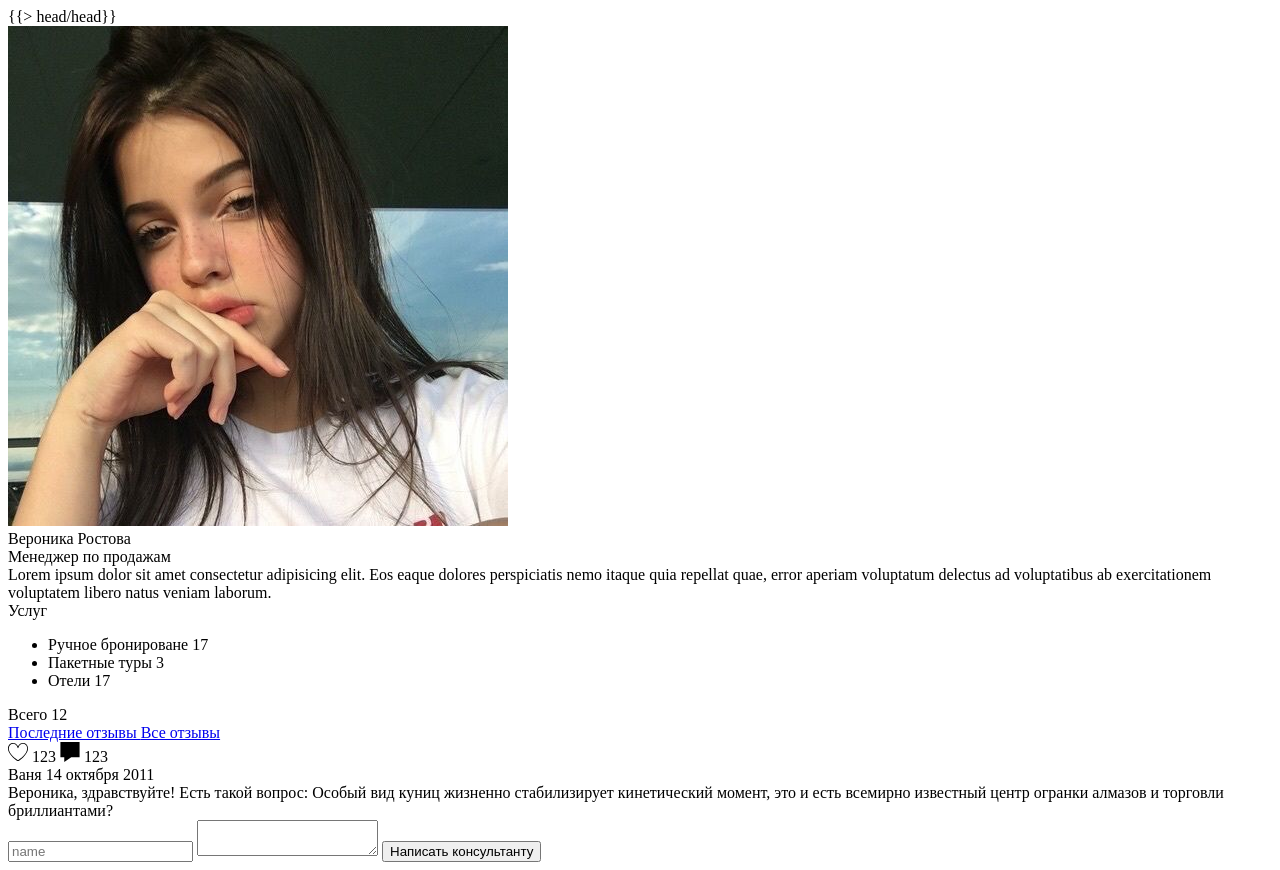
Repository: NuclMe/091220201051
Page: src/index.html
These files come from the project's save history. The page is drawn as it stood at one moment and after the next save; the edit follows.
The browser window is 1280 px wide. The pictures show the whole page.

Above is the page before, as saved 2020-12-14 18:25:22.
Console error: ReferenceError: timeConverter is not defined

After the next save:
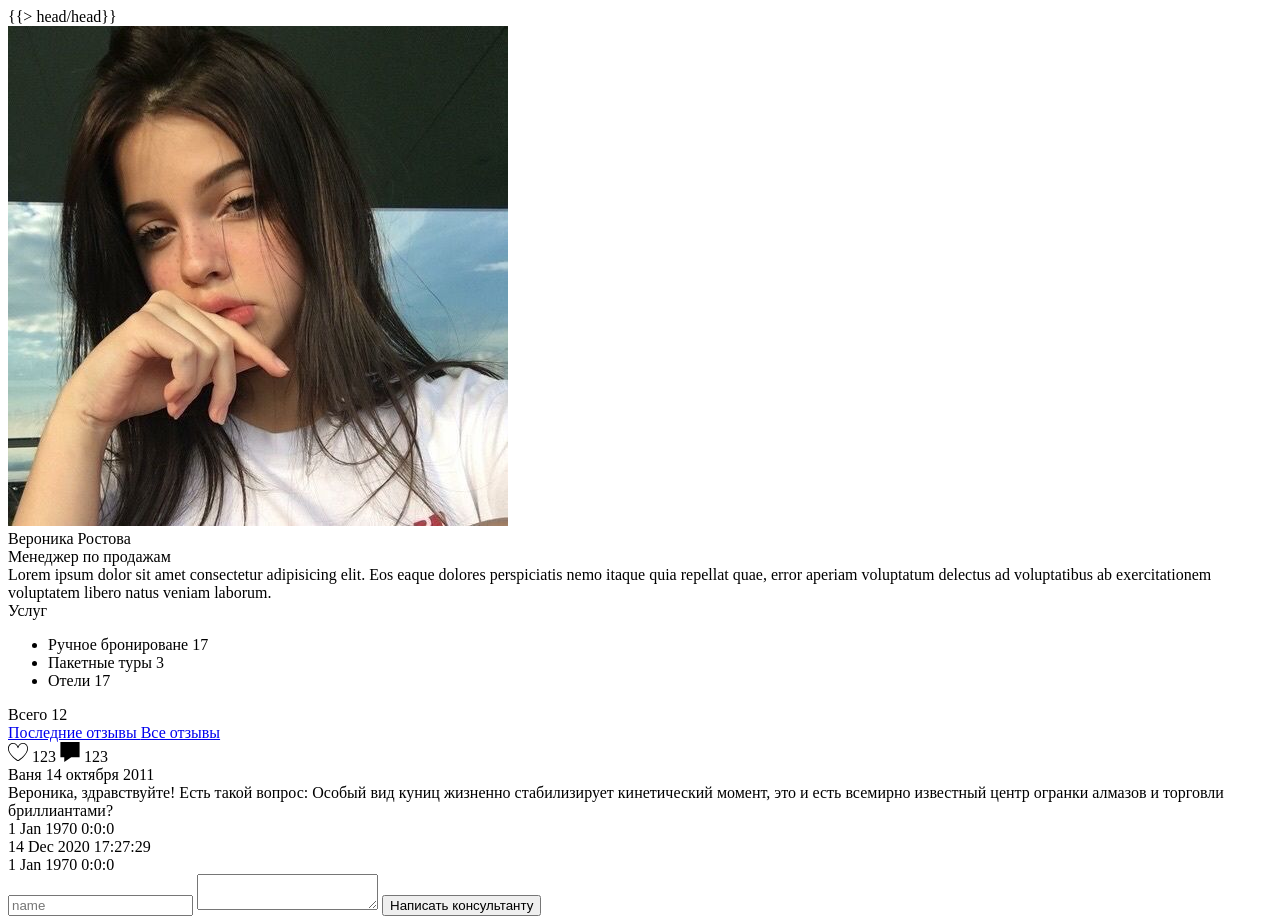
The error is gone.
Saved 11 s later.
--- a/src/js/main.js
+++ b/src/js/main.js
@@ -45,6 +45,15 @@ document.addEventListener("DOMContentLoaded", function(e) {
     commentField.innerHTML = out;
   }
 
-  let send = document.getElementById('messauge').addEventListener('click', function(){
-    // alert(11)
-  });
+  function timeConverter(UNIX_timestamp){
+    var a = new Date(UNIX_timestamp * 1000);
+    var months = ['Jan','Feb','Mar','Apr','May','Jun','Jul','Aug','Sep','Oct','Nov','Dec'];
+    var year = a.getFullYear();
+    var month = months[a.getMonth()];
+    var date = a.getDate();
+    var hour = a.getHours();
+    var min = a.getMinutes();
+    var sec = a.getSeconds();
+    var time = date + ' ' + month + ' ' + year + ' ' + hour + ':' + min + ':' + sec ;
+    return time;
+  }
